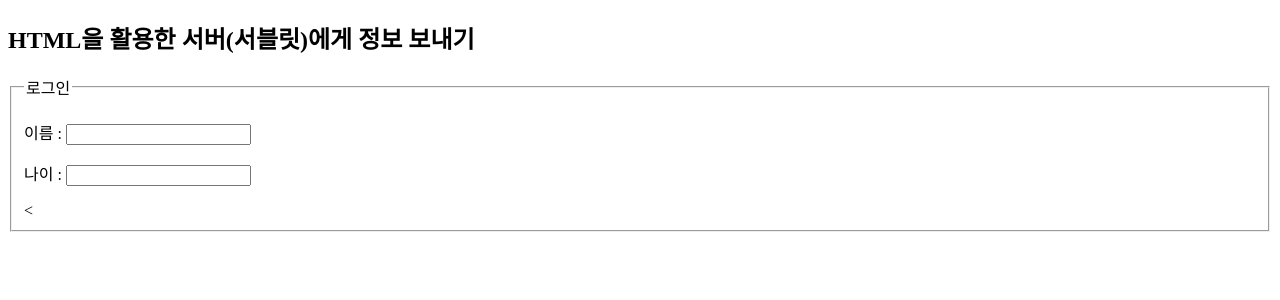
Repository: Kebiskim/2023_jspStudy
Page: 01_servlet/src/main/webapp/view/Ex10.html
These files come from the project's save history. The page is drawn as it stood at one moment and after the next save; the edit follows.
The browser window is 1280 px wide. The pictures show the whole page.

Above is the page before, as saved 2023-07-03 02:13:58.

### 01_servlet/src/main/webapp/view/Ex10.html
<!DOCTYPE html>
<html>
<head>
<meta charset="UTF-8">
<title>Insert title here</title>
</head>
<body>
	<h2>HTML을 활용한 서버(서블릿)에게 정보 보내기</h2>
	<form action="/01_servlet/Ex10_1" method="post">
	<fieldset>
		<legend>로그인</legend>
		<!-- for에는 id를 집어넣음. 그래야 연결이 된다!! -->
		<p><label for="name">이름 : </label>
			<input type="text" name="name" id="name" required></p>
		<p><label for="age">나이 : </label>
			<input type="number" name="age" id="age" required></p>
			<
	</fieldset>
	</form>
</body>
</html>

After the next save:
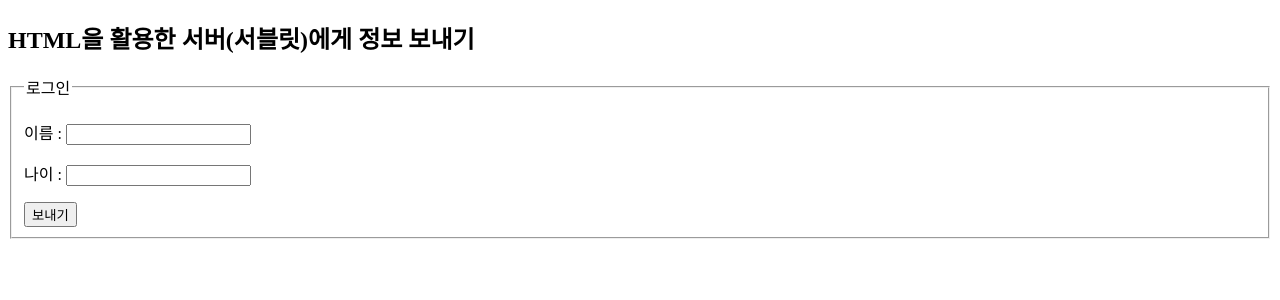
Saved 17 s later.
--- a/01_servlet/src/main/webapp/view/Ex10.html
+++ b/01_servlet/src/main/webapp/view/Ex10.html
@@ -14,7 +14,7 @@
 			<input type="text" name="name" id="name" required></p>
 		<p><label for="age">나이 : </label>
 			<input type="number" name="age" id="age" required></p>
-			<
+			<input type="submit" value="보내기">
 	</fieldset>
 	</form>
 </body>
